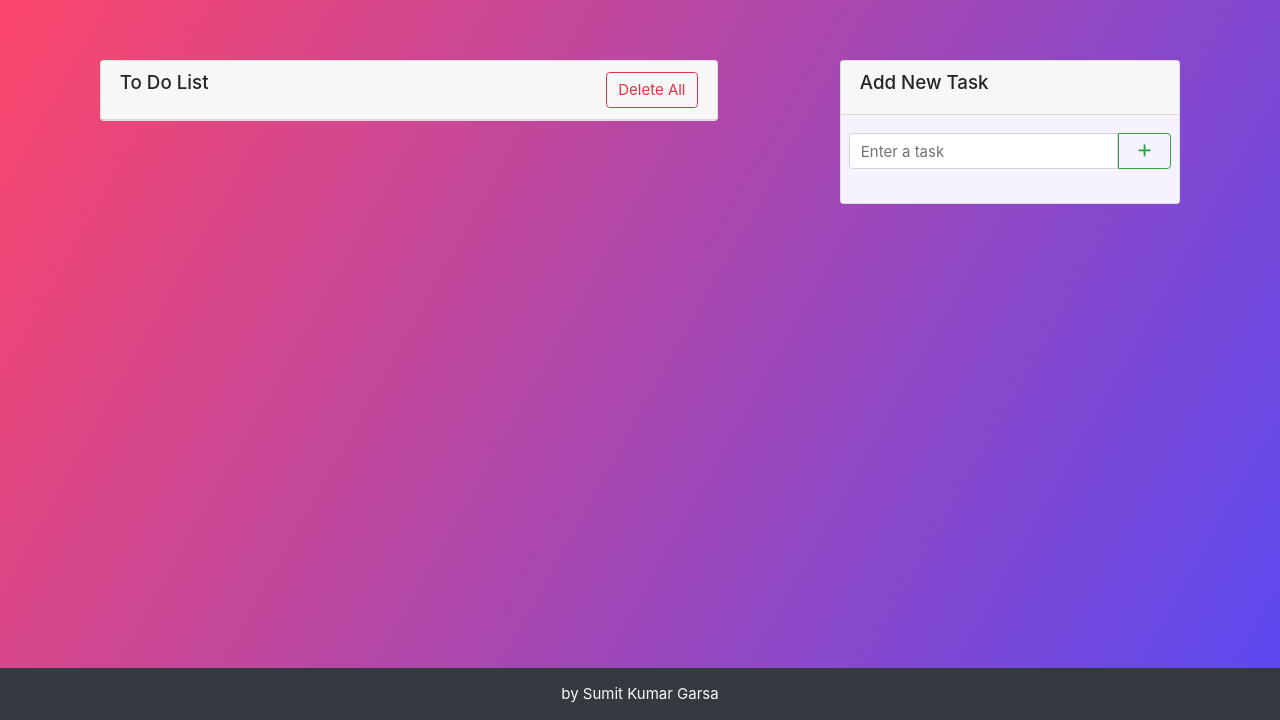
Repository: sumitkumargarssa/100-Web-Development-Series-Project
Page: Project 03 To do List/index.html
An editor plug-in stored every save of this project. The page is shown before and after the next save, followed by the edit.
The browser window is 1280 px wide. The pictures show the whole page.
Some web libraries are served in a nearby version.

Above is the page before, as saved 2024-06-09 21:37:37.

After the next save:
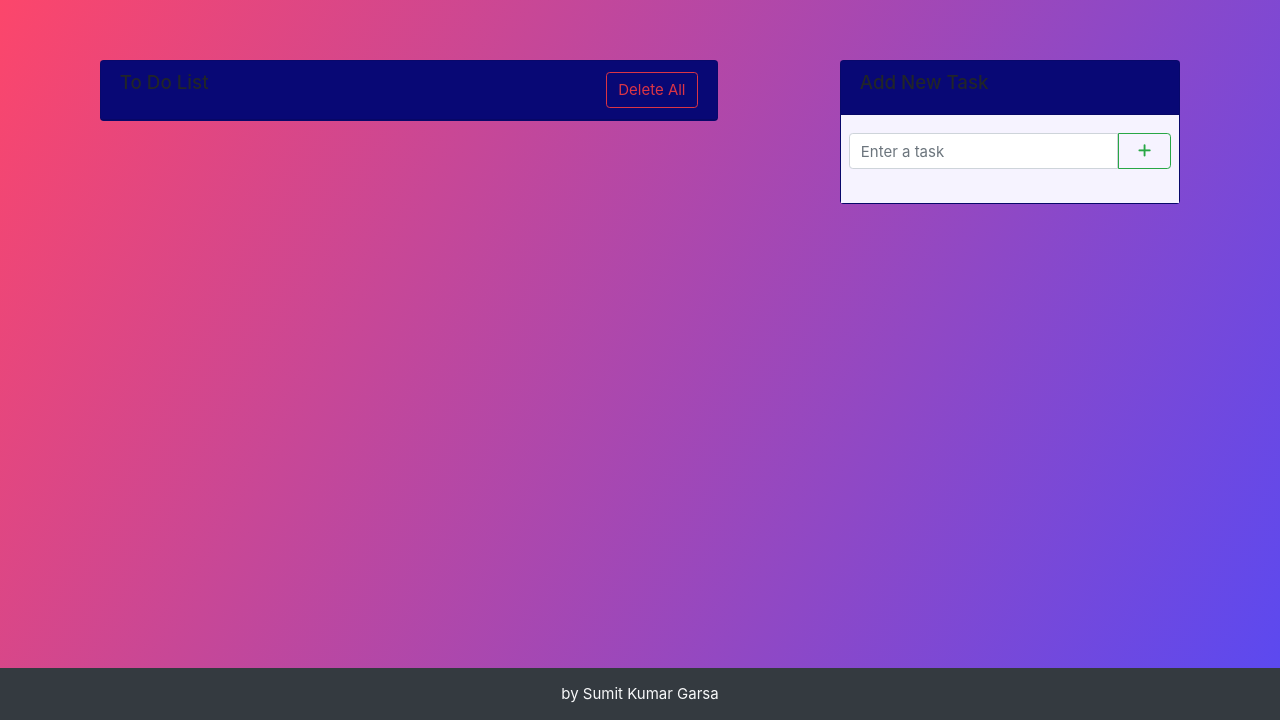
Saved 33 s later.
--- a/Project 03 To do List/style.css
+++ b/Project 03 To do List/style.css
@@ -21,7 +21,7 @@
     text-decoration: none;
   }
   .card {
-    background-color: #fff;
+    background-color: #090979;
   }
   .card-body,
   ul {

After the save that followed:
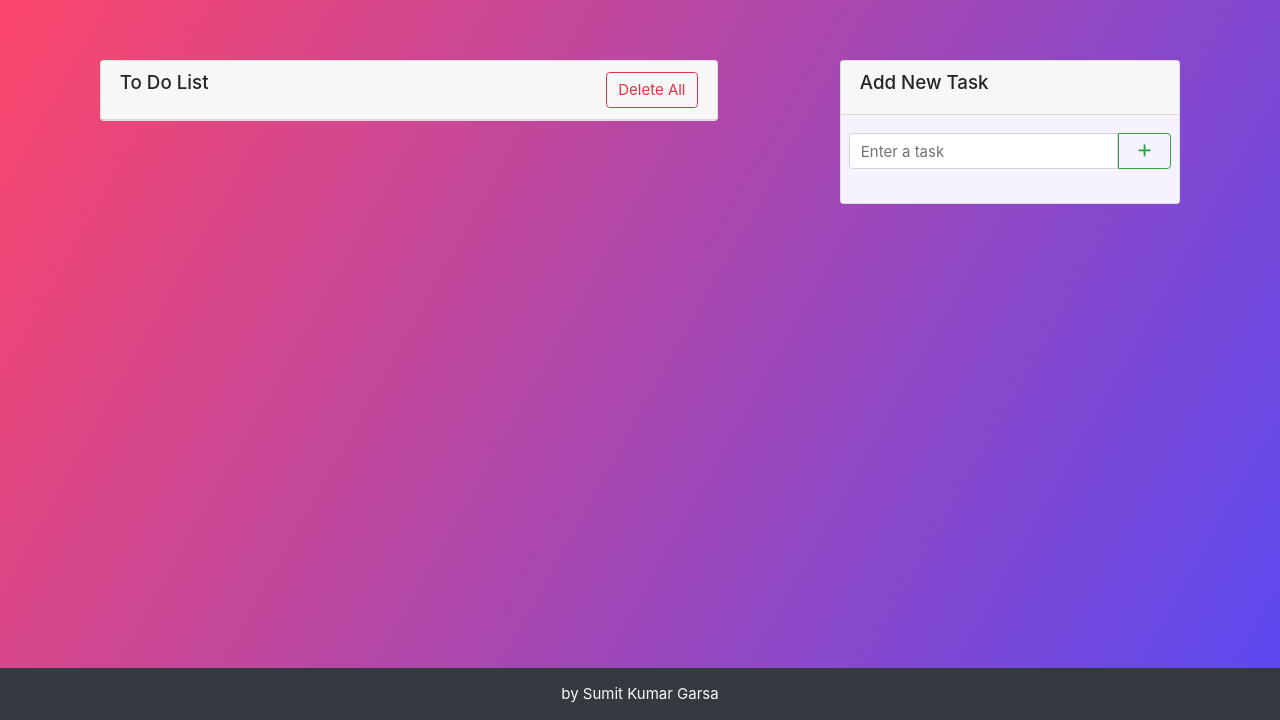
Saved 23 s later.
--- a/Project 03 To do List/style.css
+++ b/Project 03 To do List/style.css
@@ -21,7 +21,7 @@
     text-decoration: none;
   }
   .card {
-    background-color: #090979;
+    background-color: #fff;
   }
   .card-body,
   ul {
